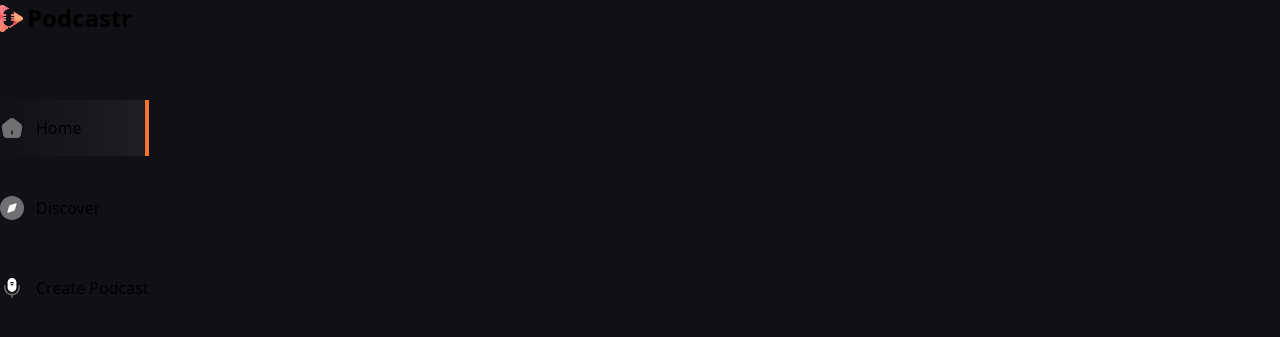
Repository: sumanth-udedar/podcast
Page: /
These files come from the project's save history. The page is drawn as it stood at one moment and after the next save; the edit follows.
The browser window is 1280 px wide. The pictures show the whole page.
The project was rebuilt for these pictures with package versions that can differ from the ones it lists, and the page was loaded fresh each time. The framework's server and built-in components were replaced by stand-ins that run in the browser. Also part of the build but not shown: next.config.ts.

Above is the page before, as saved 2024-11-13 15:33:58.

### app/(root)/layout.tsx
import LeftSidebar from "@/components/LeftSidebar";

export default function RootLayout({
  children,
}: Readonly<{
  children: React.ReactNode;
}>) {
  return (
    <div className="relative flex flex-col">
      <main className="relative flex bg-black-3">
        <LeftSidebar />

        {/* <section className="flex min-h-screen flex-1 flex-col px-4 sm:px-14">
          <div className="mx-auto flex w-full max-w-5xl flex-col max-sm:px-4">
            <div className="flex h-16 items-center justify-between md:hidden">
              <Image
                src="/icons/logo.svg"
                width={30}
                height={30}
                alt="menu icon"
              />
              <MobileNav />
            </div>
            <div className="flex flex-col md:pb-14">
              <Toaster />

              {children}
            </div>
          </div>
        </section> */}

        {/* <RightSidebar /> */}
      </main>
    </div>
  );
}

### app/(root)/page.tsx
import { Button } from '@/components/ui/button' //if hadnt imported this then i wont be able to use button tag
import React from 'react'

const page = () => {
  return (
    <div className='mt-9 flex flex-col gap-9'>
      <section className='flex flex-col gap-5'>
        <h1 className='text-20 font-bold text-white-1'>Trending podcast</h1>
        {/* <Button className='text-white-1 bg-orange-1'>Button</Button>  commented this*/}

      </section>
    </div>
  )
}

export default page

### components/LeftSidebar.tsx
"use client";

import Image from "next/image";
import Link from "next/link";
import React from "react";
import { sidebarLinks } from '@/constants'
import { usePathname, useRouter } from "next/navigation";
import { cn } from "@/lib/utils";

const LeftSidebar = () => {
  const pathname = usePathname();
  const router = useRouter();
  return (

    <section >
      <nav className="flex flex-col gap-6">
        <Link href="/" className="flex cursor-pointer items-center gap-1 pb-10 max-lg:justify-center">
          <Image src="/icons/logo.svg" alt="logo" width={23} height={27} />
          <h1 className="text-24 font-extrabold text-white max-lg:hidden">Podcastr</h1>
        </Link>

        {sidebarLinks.map(({ route, label, imgURL }) => {
          const isActive = pathname === route || pathname.startsWith(`${route}/`);

          return <Link href={route} key={label} className={cn("flex gap-3 items-center py-4 max-lg:px-4 justify-center lg:justify-start", {
            'bg-nav-focus border-r-4 border-orange-1': isActive
          })}>
            <Image src={imgURL} alt={label} width={24} height={24} />
            <p>{label}</p>
          </Link>
        })}
      </nav>

    </section>
  );
};

export default LeftSidebar;

### constants/index.tsx
export const sidebarLinks = [
    {
      imgURL: "/icons/home.svg",
      route: "/",
      label: "Home",
    },
    {
      imgURL: "/icons/discover.svg",
      route: "/discover",
      label: "Discover",
    },
    {
      imgURL: "/icons/microphone.svg",
      route: "/create-podcast",
      label: "Create Podcast",
    },
  ];

  export const voiceDetails = [
    {
      id: 1,
      name: "alloy",
    },
    {
      id: 2,
      name: "echo",
    },
    {
      id: 3,
      name: "fable",
    },
    {
      id: 4,
      name: "onyx",
    },
    {
      id: 5,
      name: "nova",
    },
    {
      id: 6,
      name: "shimmer",
    },
  ];

  export const podcastData = [
    {
      id: 1,
      title: "The Joe Rogan Experience",
      description: "A long form, in-depth conversation",
      imgURL:
        "https://lovely-flamingo-139.convex.cloud/api/storage/3106b884-548d-4ba0-a179-785901f69806",
    },
    {
      id: 2,
      title: "The Futur",
      description: "This is how the news should sound",
      imgURL:
        "https://lovely-flamingo-139.convex.cloud/api/storage/16fbf9bd-d800-42bc-ac95-d5a586447bf6",
    },
    {
      id: 3,
      title: "Waveform",
      description: "Join Michelle Obama in conversation",
      imgURL:
        "https://lovely-flamingo-139.convex.cloud/api/storage/60f0c1d9-f2ac-4a96-9178-f01d78fa3733",
    },
    {
      id: 4,
      title: "The Tech Talks Daily Podcast",
      description: "This is how the news should sound",
      imgURL:
        "https://lovely-flamingo-139.convex.cloud/api/storage/5ba7ed1b-88b4-4c32-8d71-270f1c502445",
    },
    {
      id: 5,
      title: "GaryVee Audio Experience",
      description: "A long form, in-depth conversation",
      imgURL:
        "https://lovely-flamingo-139.convex.cloud/api/storage/ca7cb1a6-4919-4b2c-a73e-279a79ac6d23",
    },
    {
      id: 6,
      title: "Syntax ",
      description: "Join Michelle Obama in conversation",
      imgURL:
        "https://lovely-flamingo-139.convex.cloud/api/storage/b8ea40c7-aafb-401a-9129-73c515a73ab5",
    },
    {
      id: 7,
      title: "IMPAULSIVE",
      description: "A long form, in-depth conversation",
      imgURL:
        "https://lovely-flamingo-139.convex.cloud/api/storage/8a55d662-fe3f-4bcf-b78b-3b2f3d3def5c",
    },
    {
      id: 8,
      title: "Ted Tech",
      description: "This is how the news should sound",
      imgURL:
        "https://lovely-flamingo-139.convex.cloud/api/storage/221ee4bd-435f-42c3-8e98-4a001e0d806e",
    },
  ];

Loaded but not shown: app/layout.tsx (common file); app/globals.css (common file); lib/utils.ts (common file); tailwind.config.ts (common file)

After the next save:
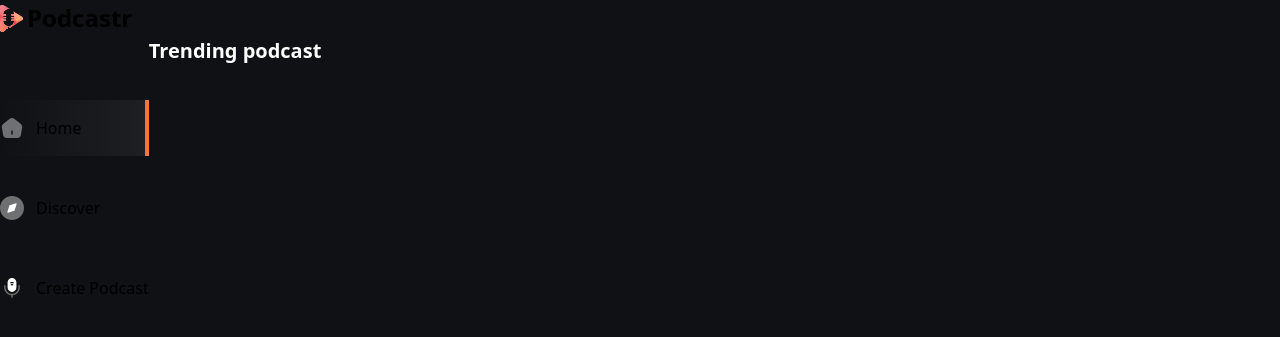
Saved 20 s later.
--- a/app/(root)/layout.tsx
+++ b/app/(root)/layout.tsx
@@ -9,6 +9,7 @@ export default function RootLayout({
     <div className="relative flex flex-col">
       <main className="relative flex bg-black-3">
         <LeftSidebar />
+        {children}
 
         {/* <section className="flex min-h-screen flex-1 flex-col px-4 sm:px-14">
           <div className="mx-auto flex w-full max-w-5xl flex-col max-sm:px-4">
@@ -24,7 +25,7 @@ export default function RootLayout({
             <div className="flex flex-col md:pb-14">
               <Toaster />
 
-              {children}
+
             </div>
           </div>
         </section> */}
